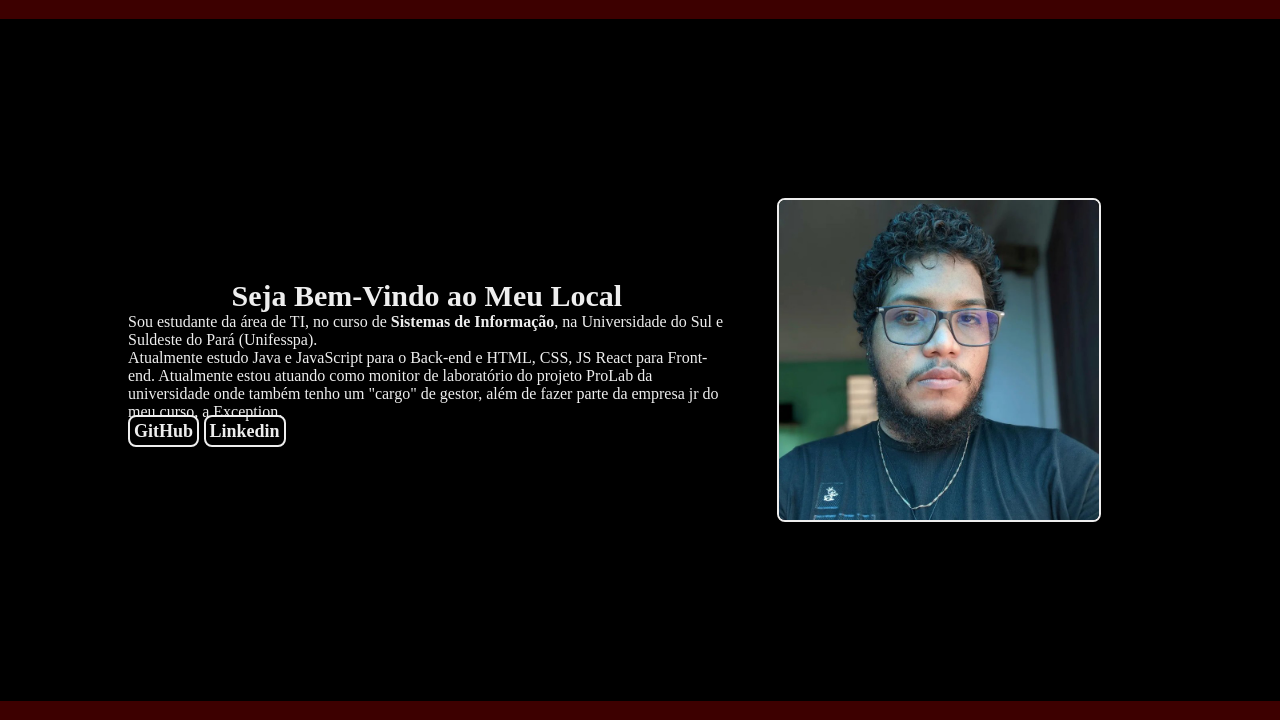
Repository: ramoncbarbosa/Web1_Atividade2
Page: index.html
These files come from the project's save history. The page is drawn as it stood at one moment and after a run of saves; the edit follows.
The browser window is 1280 px wide. The pictures show the whole page.

Above is the page before, as saved 2023-06-09 14:36:54.

### index.html
<!DOCTYPE html>
<html lang="pt-br">
<head>
    <meta charset="UTF-8">
    <meta http-equiv="X-UA-Compatible" content="IE=edge">
    <meta name="viewport" content="width=device-width, initial-scale=1.0">
    <link rel="stylesheet" href="./styles/styles.css">
    <title>Meu Portfolio</title>
</head>
<body>
    <header class="cabecalho">
        <a href=""></a>
        <a href=""></a>
        <a href=""></a>
    </header>
    <main class="conteudo_main">
        <section class="conteudo">
            <h1 class="conteudo_h1">Seja Bem-Vindo ao Meu Local</h1>
            <p class="conteudo_p"> Sou estudante da área de TI, no curso de <strong>Sistemas de Informação</strong>, na Universidade do Sul e Suldeste do Pará (Unifesspa).<br>Atualmente estudo Java e JavaScript para o Back-end e HTML, CSS, JS React para Front-end.
                Atualmente estou atuando como monitor de laboratório do projeto ProLab da universidade onde também tenho um "cargo" de gestor, além de fazer parte da empresa jr do meu curso, a Exception.</p>
                <div class="redes">
                    <a id="redes_github" href="https://github.com/    ramoncbarbosa" target="_blank">GitHub</a>
                    <a id="redes_linkedin" href="https://www.linkedin.com/in/ramon-barbosa-712273237/" target="bl
                        ">Linkedin</a>
                </div>
        </section>
        <img class="perfil" src="./img/perfil.jpg">
    </main>
    <footer class="rodape">

    </footer>
</body>
</html>

### styles/styles.css
*{
    padding: 0;
    margin: 0;
}

:root{
    --cor-um: #3d0000;
    --cor-dois: #EEEEEE;
    --cor-tres: #000000;
}

body {
    width: 100%;
    height: 100vh;
    box-sizing: border-box;
    margin: 0;
    padding: 0;
    display: flex;
    flex-direction: column;
    background-color: var(--cor-tres);
}

.cabecalho{
    width: 100%;
    height: 17%;
    background-color: var(--cor-um);
    text-align: center;
    display: flex;
    align-items: center;
}

.conteudo_main{
    margin: 10%;
    height: 80%;
    display: flex;
    align-items: center;
    justify-content: flex-start;

    /*
    justify-content: space-between;
    background-color: var(--cor-tres);
    border-radius: 15px;
    */
}


.conteudo{
    width: 100%;
    justify-content: flex-start;
    align-items: center;
    color: var(--cor-dois);
    box-sizing: content-box;

}

.conteudo_h1{
    font-size: 30px;
    color: var(--cor-dois);
    text-align: center;

}

.conteudo_p{
    font-size: 16px;
    align-items: center;
    text-align: start;

}

.redes{
    font-size: 18px;
    font-weight: 600;
    text-decoration: none;
    flex: inline-flex;
    flex-shrink: 1;
    gap: 00rem;
}


#redes_github,
#redes_linkedin{
    border: 2px solid var(--cor-dois);
    border-radius: 8px;
    padding: 12px;
    display: inline;
    margin-bottom: 30px;
    padding: 4px;
    text-decoration: none;
    color: var(--cor-dois);

}

/*
#redes_linkedin {
    border: 2px solid var(--cor-dois);
    border-radius: 8px;

    padding: 12px;
    display: inline;

    margin-bottom: 30px;
    margin: 30px;

    text-decoration: none;
    color: var(--cor-dois);
}
*/


.perfil{
    width: 20rem;
    height: 20rem;
    border: 2px solid var(--cor-dois);
    border-radius: 8px;
    margin: 5%;
    box-sizing: content-box;
}

.rodape{
    width: 100%;
    height: 17%;
    background-color: var(--cor-um);
}

After the next 2 saves:
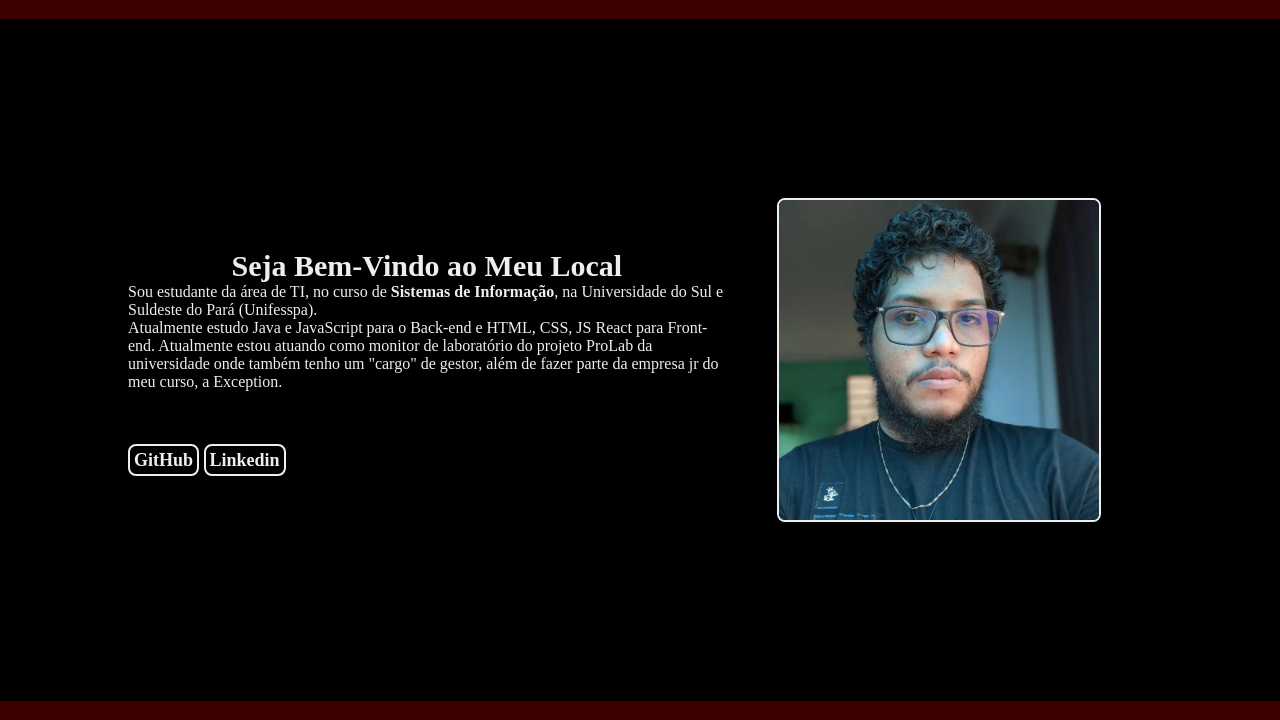
The 2 saves are shown as one change because they came seconds apart.
The last was saved 10 s later.
--- a/styles/styles.css
+++ b/styles/styles.css
@@ -73,7 +73,7 @@ body {
     text-decoration: none;
     flex: inline-flex;
     flex-shrink: 1;
-    gap: 00rem;
+    padding-top: 10%;
 }
 
 
